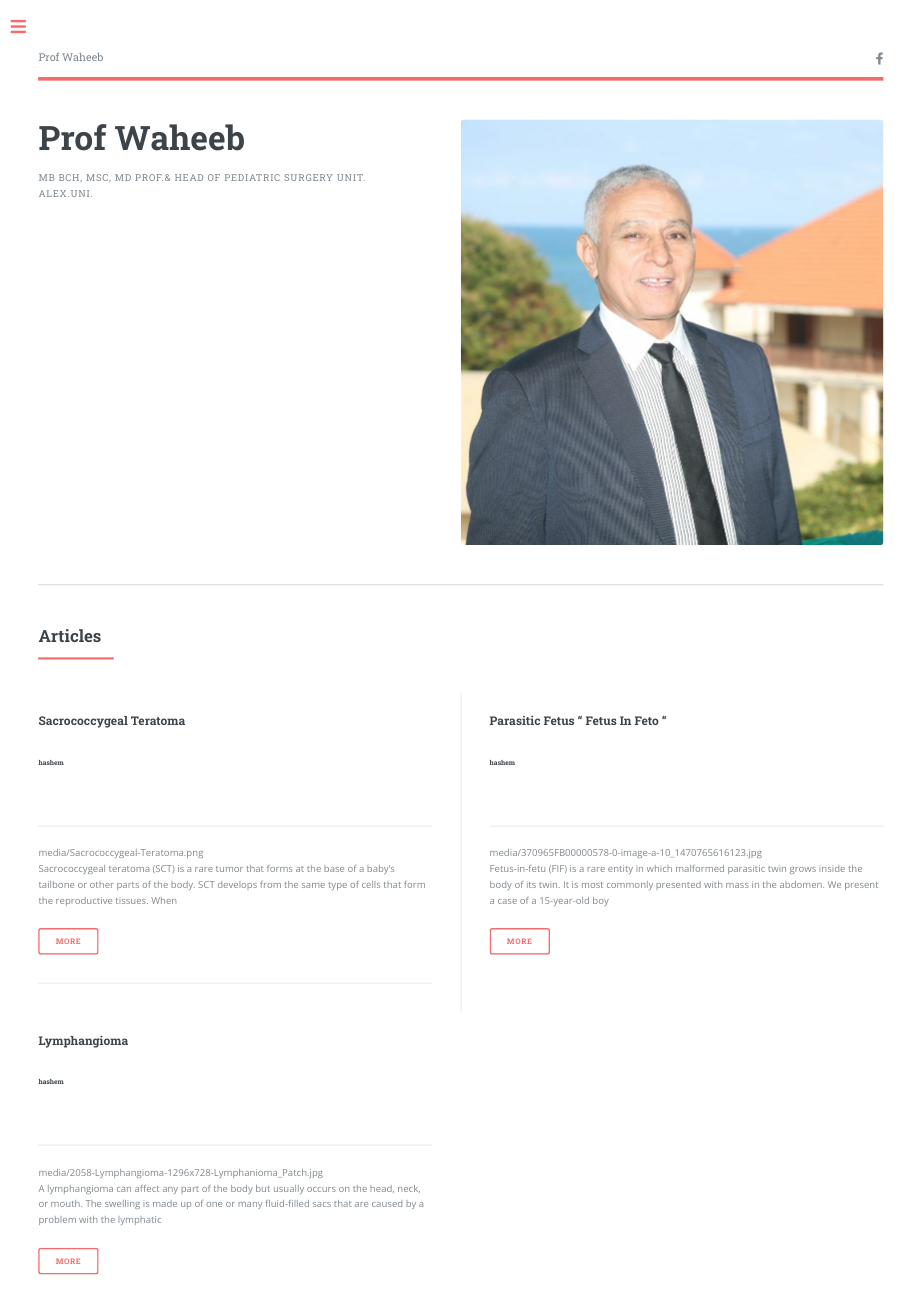
Repository: AmrHash/SaberWaheeb.github.io
Page: http://localhost/
These files come from the project's save history. The page is drawn as it stood at one moment and after the next save; the edit follows.
The browser window is 1280 px wide. The pictures show the whole page, at 72% of full size.
The page is served by the project's application, run on Django 3.2 (manage.py). The page reads the database file committed with the project.

Above is the page before, as saved 2020-12-21 23:08:10.

After the next save:
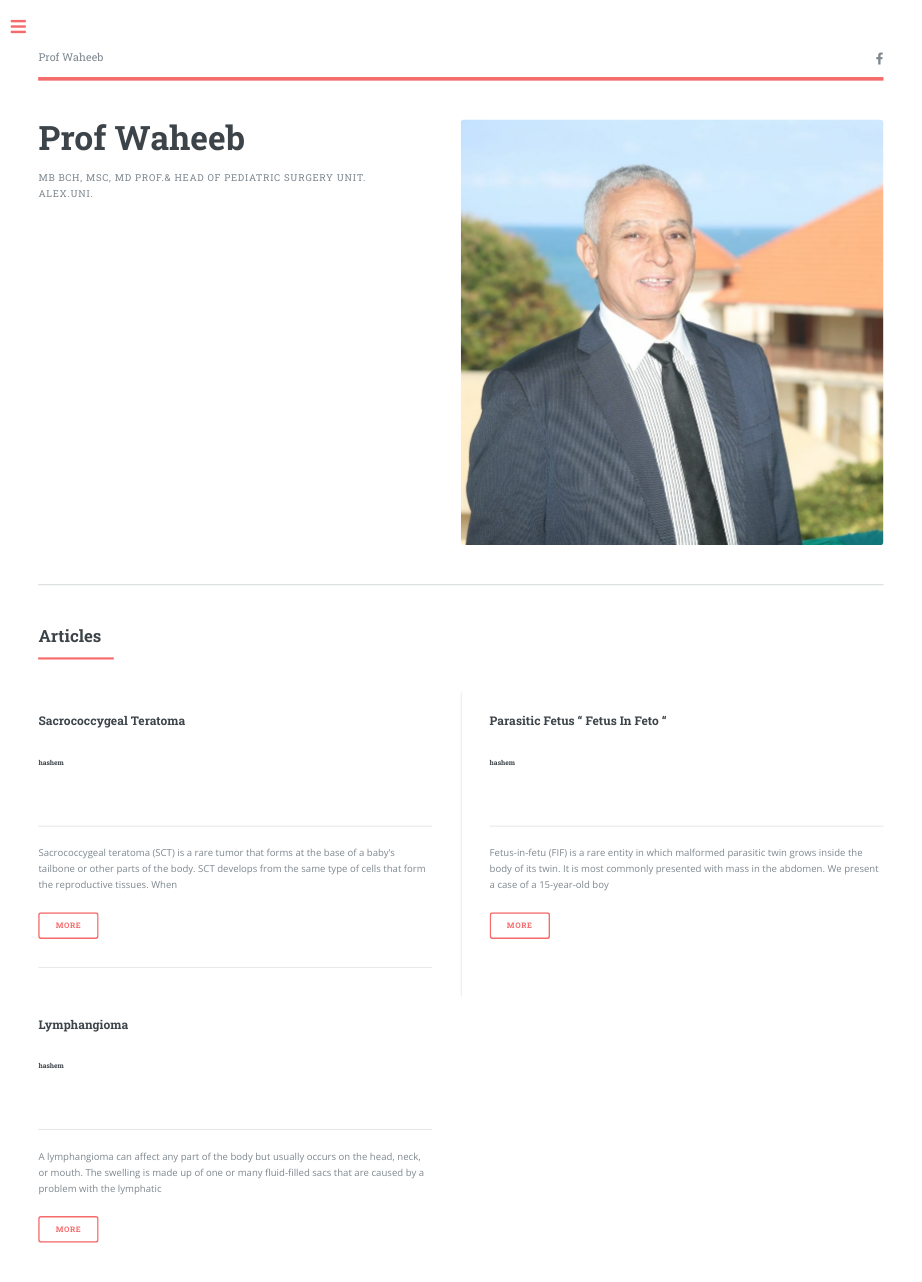
Saved 30 s later.
--- a/website/templates/index.html
+++ b/website/templates/index.html
@@ -63,7 +63,7 @@
 											<h6> {{post.author}}</h6> <br>
 											<br>
 											<hr>
-											 {{post.img }}
+											 {{post.image }}
 
 											<p>{{post.body | slice:":200"}}</p>
 											<ul class="actions">
